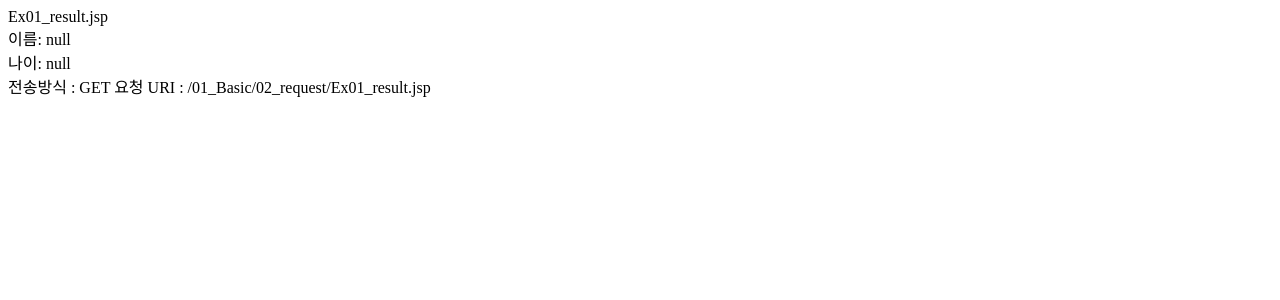
Repository: gom0109/JSP_DK
Page: http://localhost/01_Basic/02_request/Ex01_result.jsp
These files come from the project's save history. The page is drawn as it stood at one moment and after the next save; the edit follows.
The browser window is 1280 px wide. The pictures show the whole page.
The page is served by Tomcat 9.

Above is the page before, as saved 2021-01-19 02:25:39.

### 01_Basic/WebContent/02_request/Ex01_result.jsp
<%@ page language="java" contentType="text/html; charset=UTF-8"
    pageEncoding="UTF-8"%>

Ex01_result.jsp <br>
<!-- HttpServletRequest request = new HttpServletRequest()이런식으로 미리 객체를 만들어놓음 내장객체 -->
<%
	String name = request.getParameter("name");
	String age = request.getParameter("age");
	//age는 숫자이지만 문자열로 넘어오기때문에 String으로 받는다.
	/* 내장객체 이미 객체를만들고 변수를 선언하였기때문에 request.이런방식으로 가져다 사용하면된다 */


%>
이름: <%=name%><br>
나이: <%=age%> <br>


전송방식 : <%=request.getMethod() %>
요청 URI : <%= request.getRequestURI() %>
<!-- Class Person{
	private String name;
	private String age;

	public void setName(String name){
		this.name=name;
	}
	public int getAge(){
		return age;
	}

}

Person p = new Person();
p.setName("윤아");

내장객체 이미 객체를만들고 변수를 선언하였기때문에 request.이런방식으로 가져다 사용하면된다
 -->

After the next save:
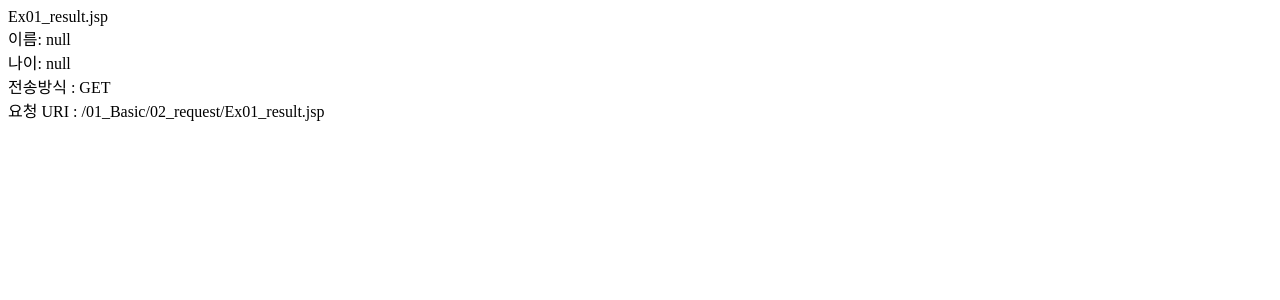
Saved 11 s later.
--- a/01_Basic/WebContent/02_request/Ex01_result.jsp
+++ b/01_Basic/WebContent/02_request/Ex01_result.jsp
@@ -15,7 +15,7 @@ Ex01_result.jsp <br>
 나이: <%=age%> <br>
 
 
-전송방식 : <%=request.getMethod() %>
+전송방식 : <%=request.getMethod() %><br>
 요청 URI : <%= request.getRequestURI() %>
 <!-- Class Person{
 	private String name;
